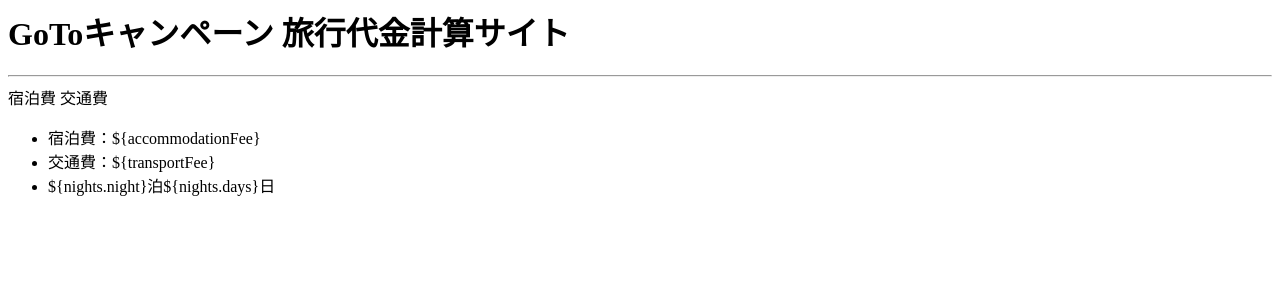
Repository: Ischca/ischca.github.io
Page: src/my-app.html
The author's editor kept a copy of each file at every save. The page is drawn from the files as they stood at one save, then again after the next save.
The browser window is 1280 px wide. The pictures show the whole page.

Above is the page before, as saved 2020-10-02 14:59:28.

### src/my-app.html
<div class="container">

    <div class="row">
        <h1 class="text-center">GoToキャンペーン 旅行代金計算サイト</h1>
    </div>

    <hr />

    <nights class="row justify-content-center" view-model.ref="nights"></nights>

    宿泊費<num-selector  num.bind="accommodationFee" suffix.bind="'泊'"></num-selector>

    交通費<num-selector  num.bind="transportFee" suffix.bind="'泊'"></num-selector>

    <div id="result">
        <ul>
            <li>
                宿泊費：${accommodationFee}
            </li>
            <li>
                交通費：${transportFee}
            </li>
            <li>
                ${nights.night}泊${nights.days}日
            </li>
        </ul>
    </div>
</div>

After the next save:
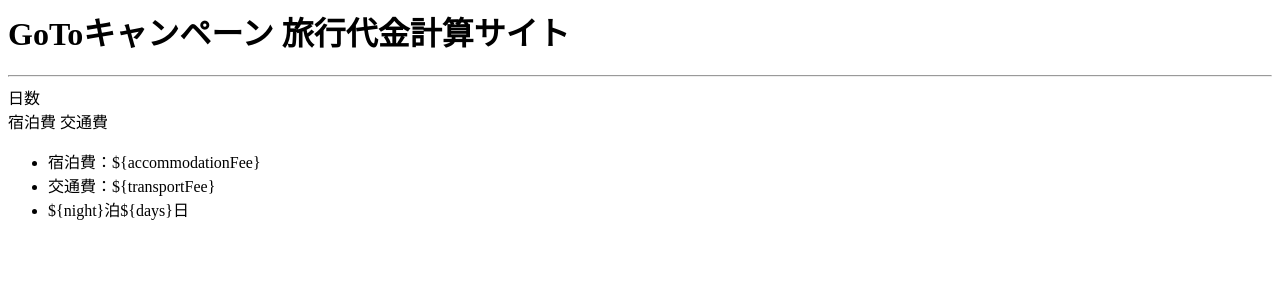
Saved 78 s later.
--- a/src/my-app.html
+++ b/src/my-app.html
@@ -6,11 +6,20 @@
 
     <hr />
 
-    <nights class="row justify-content-center" view-model.ref="nights"></nights>
+    <div class="row justify-content-center">
+        <label for="staticEmail" class="col-sm-auto col-form-label">日数</label>
+        <div class="col-sm-2">
+            <num-selector num.bind="night" suffix.bind="'泊'"></num-selector>
+        </div>
 
-    宿泊費<num-selector  num.bind="accommodationFee" suffix.bind="'泊'"></num-selector>
+        <div class="col-sm-2">
+            <num-selector num.bind="days" suffix.bind="'日'"></num-selector>
+        </div>
+    </div>
 
-    交通費<num-selector  num.bind="transportFee" suffix.bind="'泊'"></num-selector>
+    宿泊費<num-selector num.bind="accommodationFee" suffix.bind="'泊'"></num-selector>
+
+    交通費<num-selector num.bind="transportFee" suffix.bind="'泊'"></num-selector>
 
     <div id="result">
         <ul>
@@ -21,7 +30,7 @@
                 交通費：${transportFee}
             </li>
             <li>
-                ${nights.night}泊${nights.days}日
+                ${night}泊${days}日
             </li>
         </ul>
     </div>
